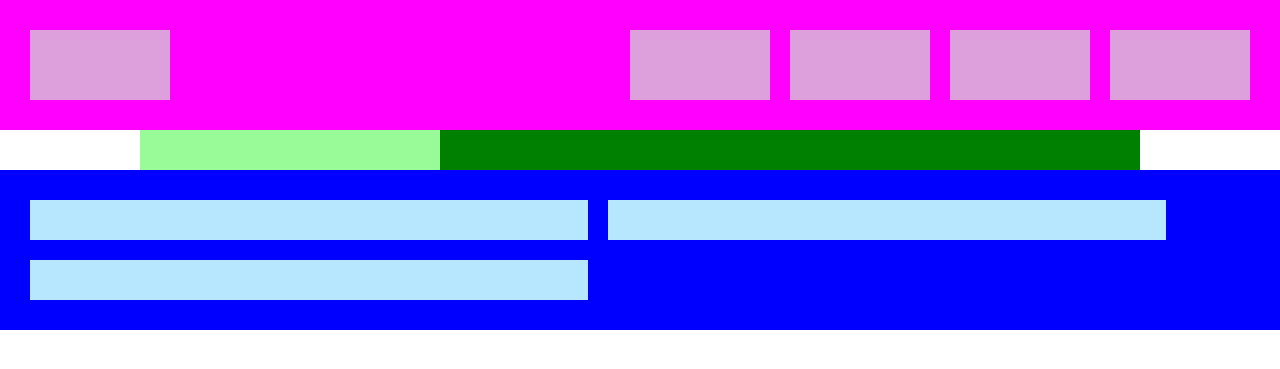
Repository: papisi-zu/book1
Page: flex/flex.html
The author's editor kept a record of every edit. The page is drawn from the files as they stood at one moment, then again after the next edit.
The browser window is 1280 px wide. The pictures show the whole page.

Above is the page before.

### flex/flex.html
<!DOCTYPE html>
<html lang="ja">
  <head>
    <meta charset="UTF-8" />
    <link rel="stylesheet" href="style.css" />
    <title>flexbox</title>
  </head>

  <body>
    <header>
      <div></div>
      <div></div>
      <div></div>
      <div></div>
      <div></div>
    </header>
    <main>
      <div class="main-side"></div>
      <div class="main-position">
        <div></div>
        <div></div>
        <div></div>
        <div></div>
        <div></div>
        <div></div>
        <div></div>
        <div></div>
        <div></div>
      </div>
    </main>
    <footer>
      <div></div>
      <div></div>
      <div></div>
    </footer>
  </body>
</html>

### flex/style.css
* {
  margin: 0;
  padding: 0;
  box-sizing: border-box;
}

header {
  width: 100%;
  display: flex;
  justify-content: flex-end;
  padding: 30px 20px;
  background-color: #ff00ff;
}

header > :first-child {
  margin-right: auto;
}

header > div {
  flex-basis: 140px;
  height: 70px;
  margin: 0 10px;
  background-color: #dda0dd;
}

main {
  display: flex;
  justify-content: center;
}

.main-side {
  width: 300px;
  background-color: #98fb98;
}

.main-position {
  max-width: 700px;
  flex-grow: 1;
  padding:20px;
  background-color: #008000;
  display: flex;
  flex-wrap: wrap;
}

.mai-position > div {
  flex-basis: 200px;
  height: 130px;
  margin: 10px;
  background-color: #ffff00;
}
footer {
  background-color: #0000ff;
  width: 100%;
  padding: 20px;
  display: flex;
  flex-wrap: wrap;
  background-color: #0000ff;
}

footer > div {
  background-color: #b6e7ff;
  flex-basis: 45%;
  max-width: 600px;
  height: 40px;
  margin: 10px;
}

After the next edit:
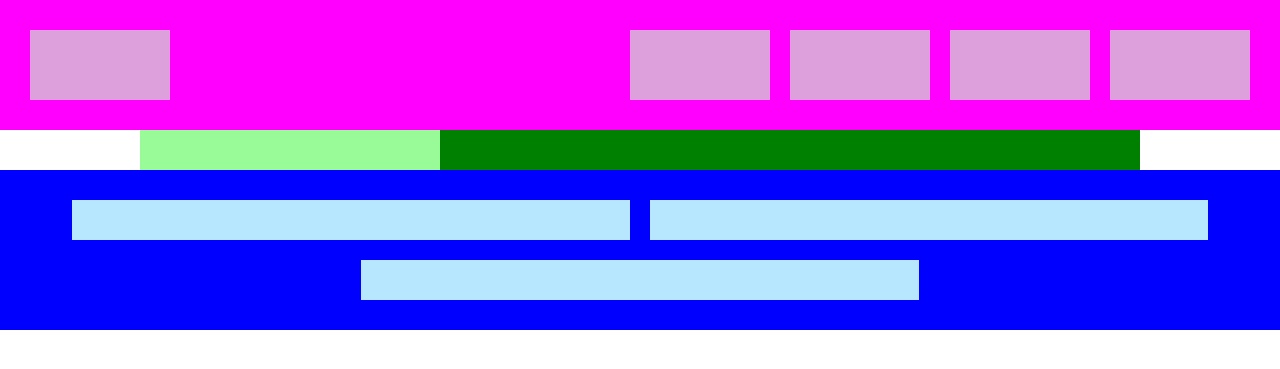
The edit:
--- a/flex/style.css
+++ b/flex/style.css
@@ -54,7 +54,7 @@
   padding: 20px;
   display: flex;
   flex-wrap: wrap;
-  background-color: #0000ff;
+  justify-content: center;
 }
 
 footer > div {
